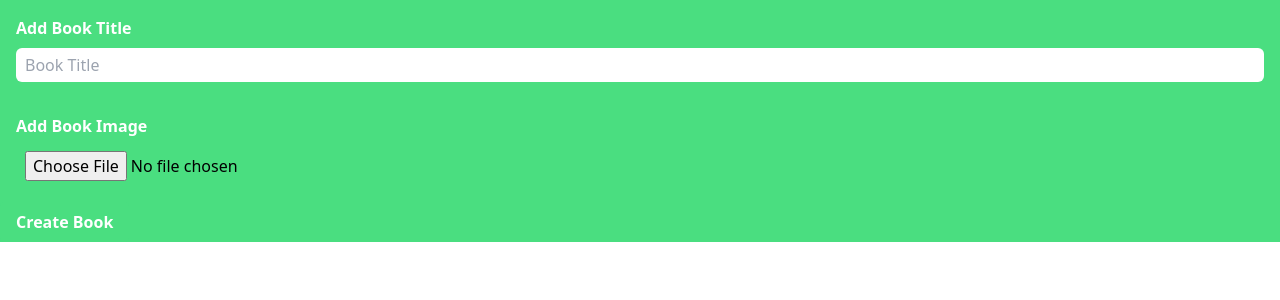
Repository: Marhamat92/booksappwithcontext
Page: /
An editor plug-in stored every save of this project. The page is shown before and after the next save, followed by the edit.
The browser window is 1280 px wide. The pictures show the whole page.
The project was rebuilt for these pictures with package versions that can differ from the ones it lists, and the page was loaded fresh each time. Also part of the build but not shown: src/App.css.

Above is the page before, as saved 2022-12-07 14:21:45.

### src/App.tsx
import { useState } from "react";
import "./App.css";
import MainButton from "./components/Buttons/MainButton";
import ImageInput from "./components/Inputs/ImageInput";
import TextInput from "./components/Inputs/TextInput";

function App() {
  const [title, setTitle] = useState<string>("");
  const [image, setImage] = useState<string>("");

  const handleTitleChange = (e: React.ChangeEvent<HTMLInputElement>) => {
    setTitle(e.target.value);
  };

  const handleImageChange = (e: React.ChangeEvent<HTMLInputElement>) => {
    setImage(e.target.value);
  };

  const handleSubmit = (e: React.FormEvent<HTMLFormElement>) => {
    e.preventDefault();
    console.log(title);
    setTitle("");
  };

  return (
    <div>
      <div className='bg-green-400'>
        <form onSubmit={handleSubmit}>
          <TextInput
            label='Add Book Title'
            placeholder='Book Title'
            value={title}
            onChange={handleTitleChange}
          />
          <ImageInput
            onChange={handleImageChange}
            value={image}
            label='Add Book Image'
          />
          <div className='flex items-center'>
            <MainButton type='submit' buttonText='Create Book' />
          </div>
        </form>
      </div>
    </div>
  );
}

export default App;

### src/components/Buttons/MainButton.tsx
import React from "react";

type Props = {
  buttonText: string;
  type: "submit" | "reset" | "button";
};

function MainButton({ buttonText, type }: Props) {
  return (
    <div>
      <button
        type={type}
        className='bg-green-400 text-white font-bold py-2 px-4 rounded'
      >
        {buttonText}
      </button>
    </div>
  );
}

export default MainButton;

### src/components/Inputs/ImageInput.tsx
import React from "react";

type Props = {
  label: string;
  value: string;
  onChange: (e: React.ChangeEvent<HTMLInputElement>) => void;
};

function ImageInput({ label, value, onChange }: Props) {
  return (
    <div className='flex flex-col px-4 py-4'>
      <label className='text-white font-bold mb-2' htmlFor='image'>
        {label}
      </label>
      <input
        className='pl-2 py-1 border border-transparent rounded-md focus-within:ring-2 focus-within:ring-green-400 focus-within:border-transparent focus:outline-none'
        type='file'
        name='image'
        id='image'
        value={value}
        onChange={onChange}
      />
    </div>
  );
}

export default ImageInput;

### src/components/Inputs/TextInput.tsx
import React from "react";

type Props = {
  label: string;
  placeholder: string;
  value: string;
  onChange: (e: React.ChangeEvent<HTMLInputElement>) => void;
};

function TextInput({ label, placeholder, value, onChange }: Props) {
  return (
    <div className='flex flex-col px-4 py-4'>
      <label className='text-white font-bold mb-2' htmlFor='text'>
        {label}
      </label>
      <input
        className='pl-2 py-1 border border-transparent rounded-md focus-within:ring-2 focus-within:ring-green-400 focus-within:border-transparent focus:outline-none'
        type='text'
        placeholder={placeholder}
        value={value}
        onChange={onChange}
      />
    </div>
  );
}

export default TextInput;

Loaded but not shown: public/index.html (common file); src/index.tsx (common file); src/index.css (common file); tailwind.config.js (common file)

After the next save:
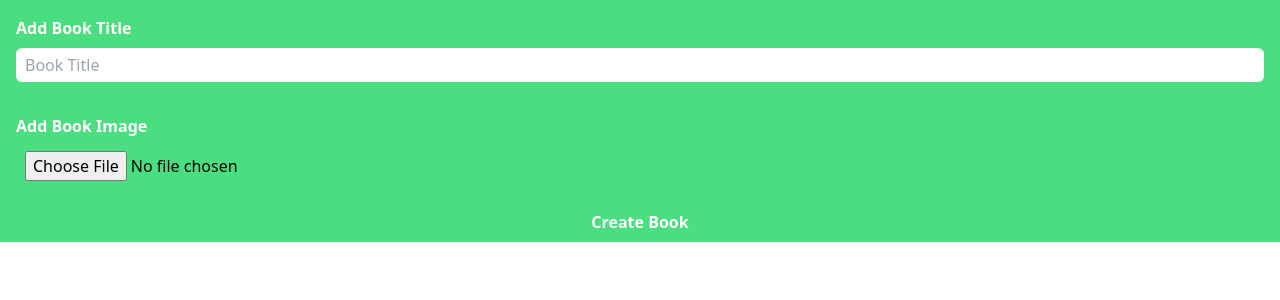
Saved 25 s later.
--- a/src/App.tsx
+++ b/src/App.tsx
@@ -37,7 +37,7 @@ function App() {
             value={image}
             label='Add Book Image'
           />
-          <div className='flex items-center'>
+          <div className='flex justify-center'>
             <MainButton type='submit' buttonText='Create Book' />
           </div>
         </form>
